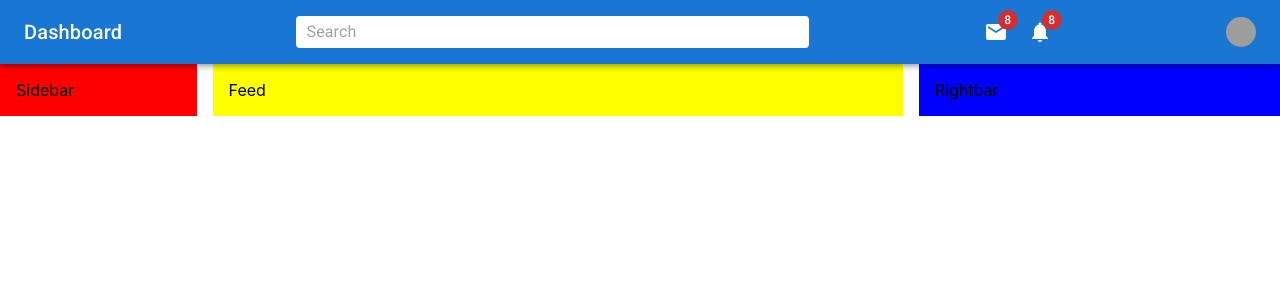
Repository: abubaker-cs/mui5_dashboard
Page: /
The author's editor kept a copy of each file at every save. The page is drawn from the files as they stood at one save, then again after the next save.
The browser window is 1280 px wide. The pictures show the whole page.
Pictures or frames that could not be fetched are drawn as grey boxes. The project was rebuilt for these pictures with package versions that can differ from the ones it lists, and the page was loaded fresh each time. Also part of the build but not shown: src/App.css.

Above is the page before, as saved 2022-07-17 06:30:03.

### public/index.html
<!DOCTYPE html>
<html lang="en">
  <head>
    <meta charset="utf-8" />
    <link rel="icon" href="%PUBLIC_URL%/favicon.ico" />
    <meta name="viewport" content="width=device-width, initial-scale=1" />
    <meta name="theme-color" content="#000000" />
    <meta
      name="description"
      content="Web site created using create-react-app"
    />
    <link rel="apple-touch-icon" href="%PUBLIC_URL%/logo192.png" />

    <link rel="manifest" href="%PUBLIC_URL%/manifest.json" />
    <link
      rel="stylesheet"
      href="https://fonts.googleapis.com/css?family=Roboto:300,400,500,700&display=swap"
    />
    <link
      rel="stylesheet"
      href="https://fonts.googleapis.com/icon?family=Material+Icons"
    />

    <title>React App</title>
  </head>
  <body>
    <noscript>You need to enable JavaScript to run this app.</noscript>
    <div id="root"></div>
  </body>
</html>

### src/App.js
import "./App.css";
import Sidebar from "./components/Sidebar";
import Feed from "./components/Feed";
import Rightbar from "./components/Rightbar";
import { Box, Stack } from "@mui/material";
import Navbar from "./components/Navbar";

function App() {
  return (
    <Box>
      <Navbar />
      <Stack direction="row" spacing={2} justifyContent="space-evenly">
        <Sidebar />
        <Feed />
        <Rightbar />
      </Stack>
    </Box>
  );
}

export default App;

### src/components/Sidebar.jsx
import { Box } from "@mui/material";
import React from "react";

const Sidebar = () => {
  return (
    <Box
      bgcolor="red"
      flex={1}
      p={2}
      sx={{ display: { xs: "none", sm: "block" } }}
    >
      Sidebar
    </Box>
  );
};

export default Sidebar;

### src/components/Feed.jsx
import { Box } from "@mui/material";
import React from "react";

const Feed = () => {
  return (
    <Box bgcolor="yellow" flex={4} p={2}>
      Feed
    </Box>
  );
};

export default Feed;

### src/components/Rightbar.jsx
import { Box } from "@mui/material";
import React from "react";

const Rightbar = () => {
  return (
    <Box
      bgcolor="blue"
      flex={2}
      p={2}
      sx={{ display: { xs: "none", sm: "block" } }}
    >
      Rightbar
    </Box>
  );
};

export default Rightbar;

### src/components/Navbar.jsx
import { Dashboard, Mail, Notifications } from "@mui/icons-material";
import {
  AppBar,
  Toolbar,
  styled,
  Typography,
  Box,
  InputBase,
  Badge,
  Avatar,
} from "@mui/material";
import React from "react";

// Base styles for custom Toolbar wrapper | flex justify = space-between
const StyledToolbar = styled(Toolbar)({
  display: "flex",
  justifyContent: "space-between",
});

//
const Search = styled("div")(({ theme }) => ({
  backgroundColor: "white",
  padding: "0 10px",
  borderRadius: theme.shape.borderRadius,
  width: "40%",
}));

const Icons = styled(Box)(({ theme }) => ({
  display: "flex",
  gap: "20px",
  alignItems: "center",
}));

const UserBox = styled(Box)(({ theme }) => ({
  display: "flex",
  gap: "10px",
  alignItems: "center",
}));

const Navbar = () => {
  return (
    <AppBar position="sticky">
      <StyledToolbar>
        <Typography
          variant="h6"
          sx={{
            display: {
              xs: "none",
              sm: "block",
            },
          }}
        >
          Dashboard
        </Typography>
        <Dashboard
          sx={{
            display: {
              xs: "block",
              sm: "none",
            },
          }}
        />
        <Search>
          <InputBase placeholder="Search" />
        </Search>
        <Icons>
          <Badge badgeContent={8} color="error">
            <Mail />
          </Badge>
          <Badge badgeContent={8} color="error">
            <Notifications />
          </Badge>
        </Icons>
        <UserBox>
          <Avatar
            sx={{ width: 30, height: 30 }}
            src="https://i.pravatar.cc/300"
          />
        </UserBox>
      </StyledToolbar>
    </AppBar>
  );
};

export default Navbar;

Loaded but not shown: src/index.js (common file); src/index.css (common file)

After the next save:
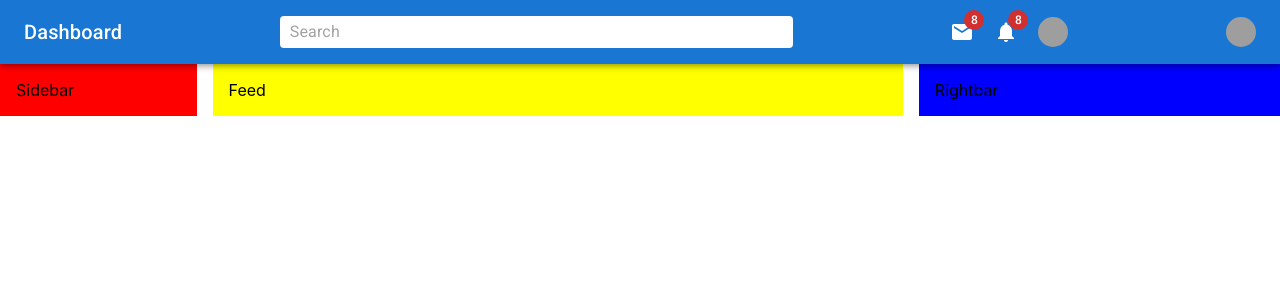
Saved 18 s later.
--- a/src/components/Navbar.jsx
+++ b/src/components/Navbar.jsx
@@ -70,6 +70,10 @@ const Navbar = () => {
           <Badge badgeContent={8} color="error">
             <Notifications />
           </Badge>
+          <Avatar
+            sx={{ width: 30, height: 30 }}
+            src="https://i.pravatar.cc/300"
+          />
         </Icons>
         <UserBox>
           <Avatar
